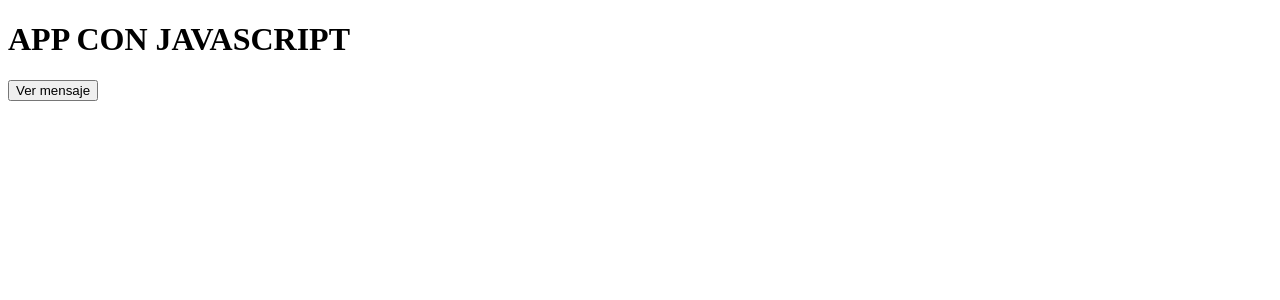
Repository: montsecg/nuclio-javascript-lecture-montse
Page: index.html
The author's editor kept a copy of each file at every save. The page is drawn from the files as they stood at one save, then again after the next save.
The browser window is 1280 px wide. The pictures show the whole page.

Above is the page before, as saved 2021-04-15 18:43:56.
Console error: TypeError: Cannot set properties of null (setting 'innerText')

### index.html
<!DOCTYPE html>
<html lang="es">
<head> <!--tiene información sobre el documento-->
    <meta charset="UTF-8">
    <meta http-equiv="X-UA-Compatible" content="IE=edge">
    <meta name="viewport" content="width=device-width, initial-scale=1.0">
    <meta name="description" content="The description">
    <link rel="stylesheet" href="./styles.css">
    <title>APP CON JAVASCRIPT</title>
</head>
<body> <!--tiene contenido de la página-->
    <script src="./index.js"></script>
    <h1 class= "title">APP CON JAVASCRIPT</h1>
    <button>Ver mensaje</button>

</body>
</html>

### index.js
const button = document.querySelector("button");
button.innerText = "Hola!";

Loaded but not shown: styles.css (no stored copy; drawn as an empty file)

After the next save:
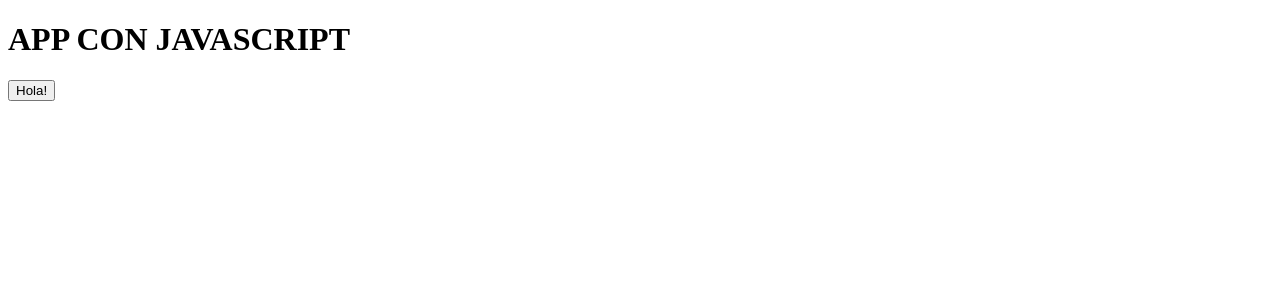
The error is gone.
Saved 51 s later.
--- a/index.html
+++ b/index.html
@@ -9,9 +9,10 @@
     <title>APP CON JAVASCRIPT</title>
 </head>
 <body> <!--tiene contenido de la página-->
-    <script src="./index.js"></script>
+
     <h1 class= "title">APP CON JAVASCRIPT</h1>
     <button>Ver mensaje</button>
+    <script src="./index.js"></script>
 
 </body>
 </html>
